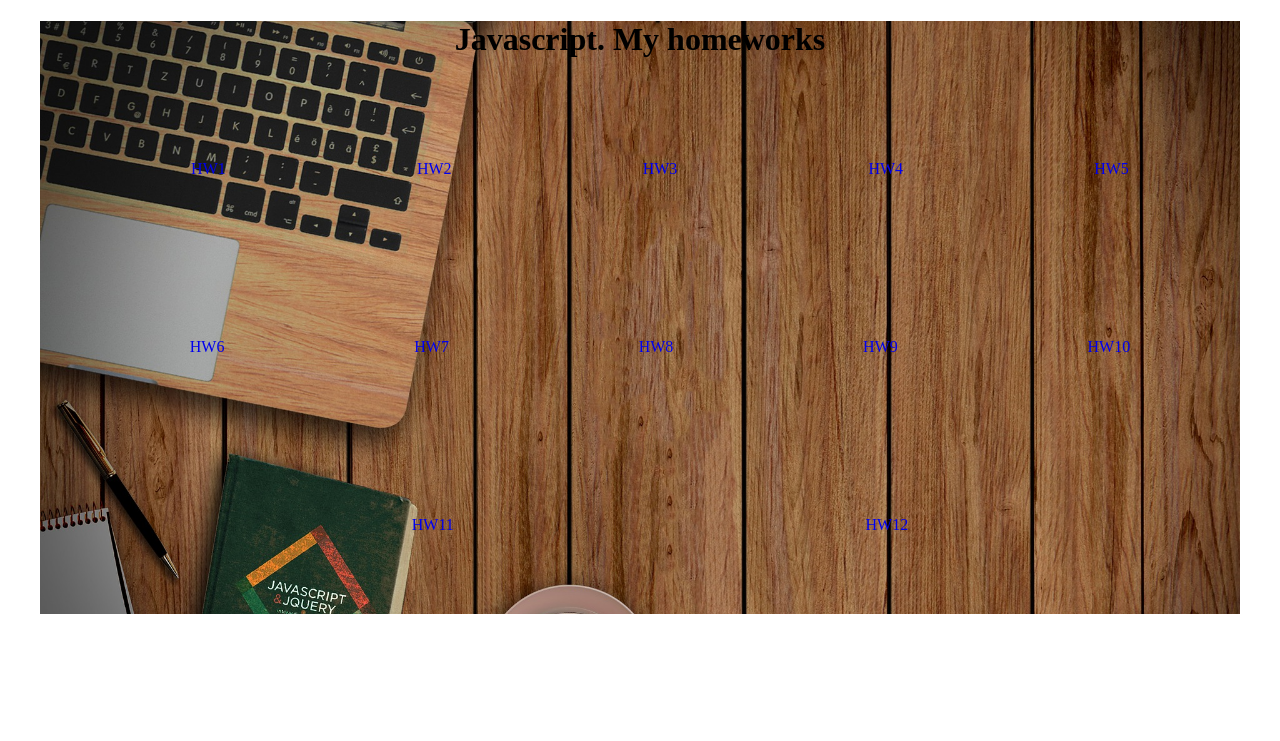
Repository: mariiastetsko/cursor-js-hw
Page: index.html
The author's editor kept a copy of each file at every save. The page is drawn from the files as they stood at one save, then again after a run of saves.
The browser window is 1280 px wide. The pictures show the whole page.

Above is the page before, as saved 2020-07-22 20:01:36.

After the next 3 saves:
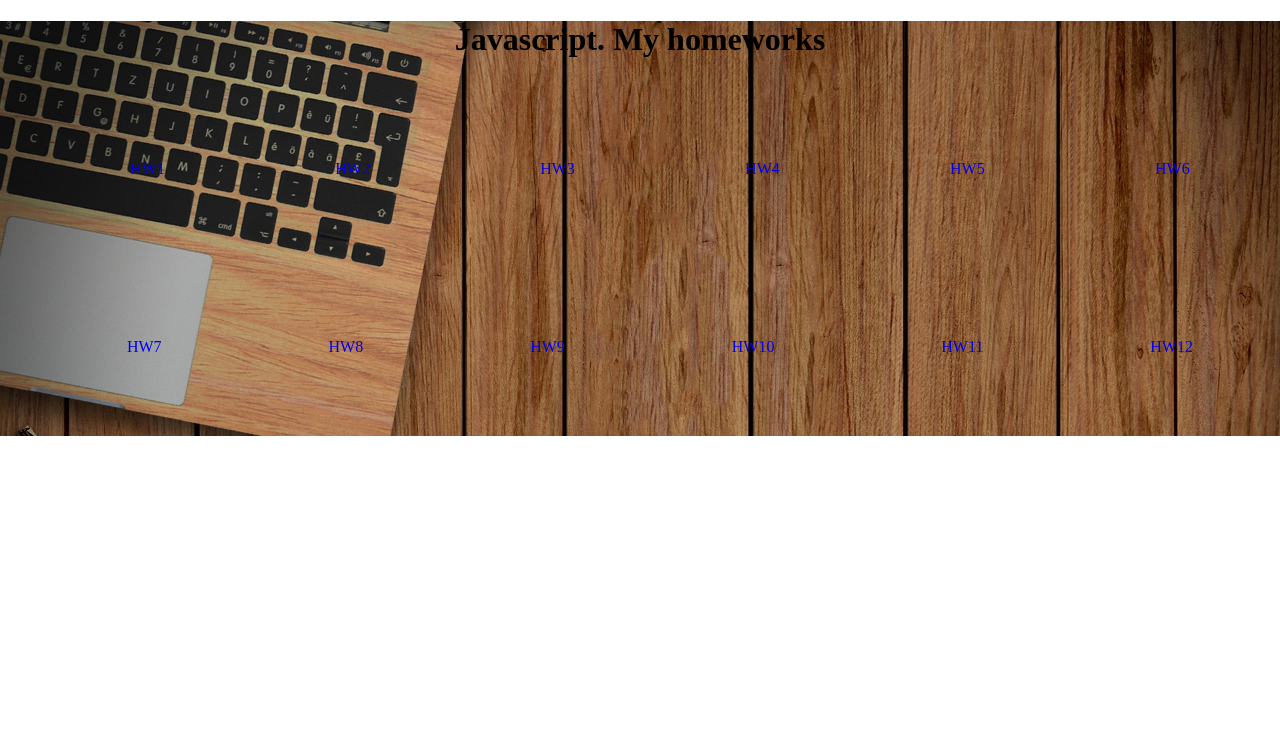
The 3 saves are shown as one change because they came seconds apart.
The last was saved 10 s later.
--- a/style.css
+++ b/style.css
@@ -5,7 +5,7 @@
 body {
     margin: 0 auto;
     padding: 0;
-    width: 1200px;
+    min-width: 900px;
     min-height: 100vh;
 }
 
